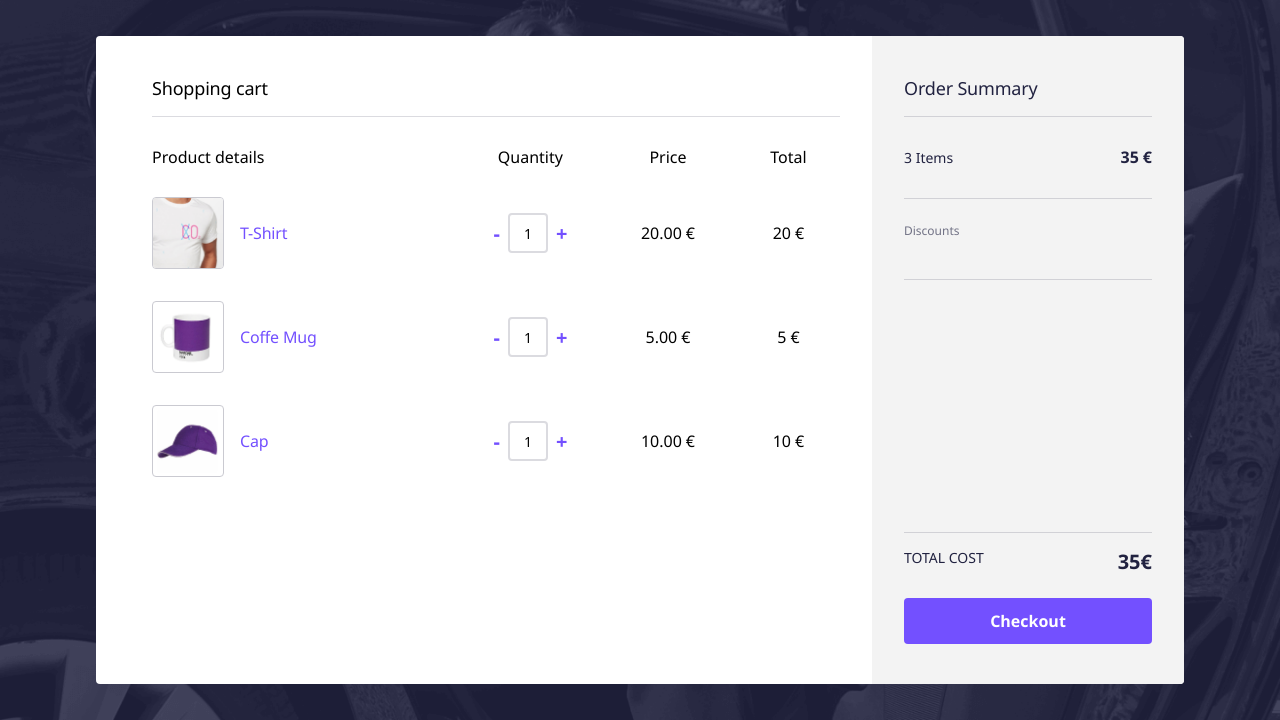
Repository: banchiec/challengecbfy
Page: /
An editor plug-in stored every save of this project. The page is shown before and after the next save, followed by the edit.
The browser window is 1280 px wide. The pictures show the whole page.
Some web fonts or font styles are not loaded; a fallback is used. The project was rebuilt for these pictures with package versions that can differ from the ones it lists, and the page was loaded fresh each time. Also part of the build but not shown: craco.config.js.

Above is the page before, as saved 2021-12-11 01:16:07.

### src/index.js
import './index.css';
import App from './App';
import Checkout from './helpers/checkout'
// here a service should be called to obtain the api data
import { products } from './data/data'

import discounts from './helpers/discounts';

const purchase = new Checkout(products, discounts)
purchase.init()
App(purchase)

### src/index.css
@tailwind base;
@tailwind components;
@tailwind utilities;

body {
  margin: 0;
  font-family: -apple-system, BlinkMacSystemFont, 'Segoe UI', 'Roboto', 'Oxygen',
    'Ubuntu', 'Cantarell', 'Fira Sans', 'Droid Sans', 'Helvetica Neue',
    sans-serif;
  -webkit-font-smoothing: antialiased;
  -moz-osx-font-smoothing: grayscale;
}

code {
  font-family: source-code-pro, Menlo, Monaco, Consolas, 'Courier New',
    monospace;
}

@font-face {
  font-family: 'Avenir';
  src:local('Avenir'), url(./assets/fonts/Avenir-Black.woff) format('woff');
}

### src/App.js
import { render } from 'react-dom';
import Main from './components/main/Main'
import './App.css';

function App(purchase) {
  render(<Main purchase={purchase} />, document.getElementById('root'))
}

export default App;

### src/helpers/checkout.js
export default class Checkout {
    constructor(price, discounts = []) {
        this.price = price.reduce((acc, good) => ({ ...acc, [good.code]: good }), {})
        this.discounts = discounts
        this.cartItems = []
    }
    init() {
        this.scan('TSHIRT')
        this.scan('MUG')
        this.scan('CAP')
    }
    scan(code, argument = 1) {
        const currentCartItem = this.cartItems.find((item) => item.code === code);
        if (currentCartItem) {
            switch (argument) {
                case 1:
                    currentCartItem.count += 1;
                    break;
                case -1:
                    currentCartItem.count -= 1;
                    if (currentCartItem.count === 0) {
                        this.cartItems = this.cartItems.filter((item) => item.code !== code);
                    }
                    break;
                default:
                    currentCartItem.count = argument;
                    break;
            }
            return this;
        }
        const currentPriceItem = this.price[code];
        // console.log(this.price)
        if (currentPriceItem) {
            switch (argument) {
                case 1:
                    this.cartItems.push({ ...currentPriceItem, count: 1 });
                    break;
                case -1:
                    break;
                default:
                    this.cartItems.push({ ...currentPriceItem, count: argument });
            }
            return this;
        }
        return new Error(`product with code ${code} has not been found`);


    }
    get actualDiscounts() {
        return this.discounts.reduce(
            (acc, discount) => {
                const res = discount.check(this.items);
                if (res) return [...acc, res];
                return acc;
            }, [],
        );
    }
    get items() {
        return this.cartItems
    }

    get totalDiscount() {
        return this.actualDiscounts.reduce((acc, { discountAmount }) => acc + discountAmount, 0);
    }
    cost(code) {
        const currentCartItem = this.cartItems.find((item) => item.code === code);
        if (currentCartItem) {
            return currentCartItem.count * currentCartItem.price;
        }
        return null;
    }

    preCalc() {
        return ({
            countItems: this.cartItems.reduce((acc, item) => acc + item.count, 0),
            summaryCost: this.cartItems.reduce((acc, item) => acc + (item.count * item.price), 0),
            actualDiscounts: this.actualDiscounts,
        });
    }

    // method total will return total cost as number
    total() {
        return this.cartItems.reduce(
            (acc, item) => acc + (item.count * item.price),
            0,
        ) - this.totalDiscount;
    }
}

### src/data/data.js
import shirt from '../assets/images/shirt.png'
import mug from '../assets/images/mug.png'
import cap from '../assets/images/cap.png'
export const products = [
    {
        id: '1',
        code: 'TSHIRT',
        name: 'T-Shirt',
        price: '20.00',
        image: shirt
    },
    {
        id: '3',
        code: 'MUG',
        name: 'Coffe Mug',
        price: '5.00',
        image: mug

    },
    {
        id: '4',
        code: 'CAP',
        name: 'Cap',
        price: '10.00',
        image: cap

    }
]

### src/helpers/discounts.js
const discounts = [
    {
        name: '2-for-1-Mug',
        check: (products) => {
            const currentProduct = products.find((product) => product.code === 'MUG')
            if (currentProduct && currentProduct.count > 1) {
                return ({
                    name: '2x1 Mug offer',
                    discountAmount: Math.trunc(currentProduct.count / 2) * currentProduct.price
                })
            }
            return null
        }
    },
    {
        name: 'bulk-discount-shirt',
        check: (products) => {
            const currentProduct = products.find((product) => product.code === 'TSHIRT')
            if (currentProduct && currentProduct.count >= 3) {
                return ({
                    name: 'x3-Shirt-offer',
                    discountAmount: (currentProduct.price / 100) * 5 * currentProduct.count
                })
            }
            return null
        }
    }
]

export default discounts

### src/components/main/Main.js
import { useState } from "react"
import OrderSummery from "../OrderSummery/OrderSummery"
import { ShoppingCart } from "../shoppingCart/ShoppingCart"

export default function Main(props) {
    const { purchase } = props
    const [items, setItems] = useState(purchase.items)

    const initStateSum = purchase.preCalc()
    const initTotalCost = purchase.total()

    const [summary, setSummary] = useState({
        ...initStateSum,
        totalCost: initTotalCost
    })

    const scan = (code) => (op) => (e) => {
        switch (op) {
            case 'dec':
                purchase.scan(code, -1);
                break;
            case 'set':
                purchase.scan(code, Number(e.target.value));
                console.log(e.target.value)
                break;
            case 'inc':
                purchase.scan(code, 1);
                break;
            default:
                // unknown operation
                break;
        }
        // set new cart items list for react
        setItems([...purchase.items]);
        const newSums = purchase.preCalc();
        const newTotalCost = purchase.total();
        setSummary({
            ...newSums,
            totalCost: newTotalCost,
        });

    }
    const cost = (code) => purchase.cost(code)

    return (
        <main className="App">
            <ShoppingCart items={items} scan={scan} cost={cost} />
            <OrderSummery summary={summary} />
        </main>
    )
}

### src/App.css
* {
  box-sizing: border-box;
  outline: none;
}

html,
body,
div,
span,
applet,
object,
iframe,
h1,
h2,
h3,
h4,
h5,
h6,
p,
blockquote,
pre,
a,
abbr,
acronym,
address,
big,
button,
cite,
code,
del,
dfn,
em,
img,
ins,
kbd,
q,
s,
samp,
small,
strike,
strong,
sub,
sup,
tt,
var,
b,
u,
i,
center,
dl,
dt,
dd,
ol,
ul,
li,
fieldset,
form,
label,
legend,
table,
caption,
tbody,
tfoot,
thead,
tr,
th,
td,
article,
aside,
canvas,
details,
embed,
figure,
figcaption,
footer,
header,
hgroup,
menu,
nav,
output,
ruby,
section,
summary,
time,
mark,
audio,
video {
  margin: 0;
  padding: 0;
  border: 0;
  vertical-align: baseline;
  font: 100%;
}

/* HTML5 display-role reset for older browsers */
article,
aside,
details,
figcaption,
figure,
footer,
header,
hgroup,
menu,
nav,
section {
  display: block;
}

body {
  -webkit-font-smoothing: antialiased;
  -moz-osx-font-smoothing: grayscale;
  line-height: 1;
}

ol,
ul {
  list-style: none;
}

blockquote,
q {
  quotes: none;
}

a {
  cursor: pointer;
}

blockquote:before,
blockquote:after,
q:before,
q:after {
  content: none;
}

table {
  border-spacing: 0;
  border-collapse: collapse;
}

a {
  text-decoration: none;
}

input:not([type="checkbox"]):not([type="radio"]),
textarea {
  appearance: none;
}

input[type="number"]::-webkit-outer-spin-button,
input[type="number"]::-webkit-inner-spin-button {
  margin: 0;
  appearance: none;
}

input[type="number"] {
  appearance: textfield;
}

input::-ms-clear {
  display: none;
}

select::-ms-expand {
  display: none;
}

textarea {
  overflow: auto;
  vertical-align: top;
}

input::placeholder {
  opacity: 1;
}

h1.main {
  padding-bottom: 16px;
  border-bottom: 1px solid rgba(33, 34, 64, 0.16);
}

.wrapper.border,
.wrapper-half.border {
  border-bottom: 1px solid rgba(33, 34, 64, 0.16);
}

h2,
.products-list li.products-list-title {
  color: #a6a7b3;
  letter-spacing: 1px;
  font-size: 10px;
  line-height: 16px;
}

h2,
.product-code {
  font-size: 12px;
  line-height: 16px;
}

.product-quantity,
.summary input,
.summary ul li,
.summary-total-cost {
  font-size: 14px;
  line-height: 17px;
}

.product h1 {
  font-size: 16px;
  line-height: 24px;
}

.products button.count,
.summary-total-price {
  font-size: 20px;
  line-height: 25px;
}

h2 {
  color: #717285;
  letter-spacing: 0;
  font-weight: 300;
}

h2 + * {
  margin-top: 16px;
}

body {
  margin: 0;
  padding: 0;
  height: 100vh;
  background-image: url("./assets/images/background.png");
  background-color: #212240;
  background-position: top left;
  background-size: cover;
  font-family: Avenir, "Avenir Next", "Segoe UI", sans-serif;
  font-weight: regular;
}

.App {
  position: fixed;
  top: 50%;
  left: 50%;
  display: flex;
  overflow-x: hidden;
  overflow-y: auto;
  max-width: 1088px;
  max-height: 648px;
  width: calc(100% - 64px);
  height: calc(100% - 64px);
  border-radius: 4px;
  background-color: #ffffff;
  transform: translate(-50%, -50%);
}

h1 {
  position: relative;
  letter-spacing: -0.18px;
  font-size: 18px;
  line-height: 24px;
}

.wrapper {
  padding: 32px 0;
}

.wrapper-half {
  padding: 24px 0;
}

.tableHead {
  padding: 32px 0;
}

.row {
  position: relative;
  display: flex;
  flex-flow: row nowrap;
  justify-content: space-between;
}

.row + .row {
  margin-top: 32px;
}

[class*="col-"] {
  display: flex;
  align-items: center;
}

[class*="col-"]:nth-child(n + 2) {
  justify-content: center;
}

.col-product {
  width: 45%;
}

.col-quantity {
  width: 20%;
}

.col-price {
  width: 20%;
}

.col-total {
  width: 15%;
}

input {
  width: 100%;
  height: 48px;
  border-radius: 4px;
}

.currency {
  margin-left: 4px;
}

.products {
  padding: 40px 32px 40px 56px;
}

.products button.count {
  padding: 0 8px;
  height: 40px;
  border: none;
  background: transparent;
  color: #7350ff;
  font-weight: bold;
  cursor: pointer;
}

.products {
  flex: 1;
}

.products-list {
  position: relative;
  width: 100%;
}

.product-image {
  display: flex;
  align-items: center;
  flex-flow: row nowrap;
}

.product-image img {
  margin-right: 16px;
  width: 72px;
  height: 72px;
  border: 1px solid #cacad1;
  border-radius: 4px;
}

.product-code {
  border-radius: 4px;
  color: #a6a7b3;
  letter-spacing: 0.13px;
  font-weight: 400;
}

.product-quantity {
  width: 40px;
  height: 40px;
  border: 2px solid #dbdbe0;
  border-radius: 4px;
  text-align: center;
}

.product-price {
  color: #000000;
  font-size: 16px;
}

.product .clear {
  border: none;
  background: transparent;
}

.product .clear span {
  position: relative;
  display: block;
  width: 16px;
  height: 16px;
}

.product .clear span:before,
.product .clear span:after {
  content: "";
  position: absolute;
  top: 8px;
  left: 2px;
  display: block;
  width: 12px;
  height: 2px;
  border-radius: 8px;
  background-color: #a6a7b3;
  transform: rotate(-45deg);
  transform-origin: center center;
}

.product .clear span:before {
  transform: rotate(45deg);
}

.product h1 {
  color: #7350ff;
}

.summary {
  display: flex;
  flex-flow: column wrap;
  padding: 40px 32px;
  width: 312px;
  background-color: #f3f3f3;
  color: #212240;
}

.summary > * {
  width: 100%;
}

.summary-items-price {
  font-size: 16px;
  font-weight: bold;
}

.summary input {
  margin: 8px auto;
  color: #a6a7b3;
  text-indent: 16px;
  text-transform: uppercase;
}

.summary input::placeholder {
  color: #a6a7b3;
  text-transform: lowercase;
}

.summary ul li {
  display: flex;
  justify-content: space-between;
}

.summary ul li > *:nth-child(2) {
  font-weight: bold;
}

.summary ul li + li {
  margin-top: 20px;
}

.summary-total {
  align-self: flex-end;
  margin-top: auto;
  padding-top: 16px;
  padding-bottom: 0;
  border-top: 1px solid rgba(33, 34, 64, 0.16);
  color: #212240;
}

.summary-total-cost {
  flex-basis: 100%;
  text-transform: uppercase;
}

.summary-total-price {
  font-weight: bold;
}

.summary button[type="submit"] {
  margin-top: 24px;
  padding-top: 16px;
  padding-bottom: 16px;
  width: 100%;
  border-radius: 4px;
  background: #7350ff;
  color: #ffffff;
  font-size: 16px;
  font-weight: bold;
  line-height: 14px;
  cursor: pointer;
}

/* MODAL */
.modal {
  position: absolute ;
  width: 1088px;
  height: 400px;
  max-height: 100px;
  object-fit: cover;
  /* left: 176px; */
  /* top: 126px; */
  border: 1px solid green;
}
.content {
  position: absolute;
  width: 248px;
  height: 358px;
  left: 984px;
  top: 270px;
}
.background {
  position: absolute;
  width: 1440px;
  height: 904px;
  left: 0px;
  top: -2px;
}

### src/components/OrderSummery/OrderSummery.js
import React from 'react';
import { uniqueId } from 'lodash';

function OrderSummery(props) {
    const {
        summary: {
            countItems, summaryCost, actualDiscounts, totalCost,
        },
    } = props;
    return (
        <aside className="summary">
            <h1 className="main">Order Summary</h1>
            <ul className="summary-items wrapper border">
                <li>
                    <span className="summary-items-number">
                        {countItems || 0}
                        {' '}
                        Items
                    </span>
                    <span className="summary-items-price">
                        {summaryCost || 0}
                        <span className="currency">
                            €
                        </span>
                    </span>
                </li>
            </ul>
            <div className="summary-discounts wrapper-half border">
                <h2>Discounts</h2>
                {actualDiscounts && (
                    <ul>
                        {actualDiscounts.map((disc) => (
                            <li key={uniqueId()}>
                                <span>{disc.name}</span>
                                <span>
                                    -
                                    {disc.discountAmount}
                                    {' '}
                                    €
                                </span>
                            </li>
                        ))}
                    </ul>
                )}
            </div>
            <div className="summary-total wrapper">
                <ul>
                    <li>
                        <span className="summary-total-cost">
                            Total cost
                        </span>
                        <span className="summary-total-price">
                            {totalCost || 0}
                            €
                        </span>
                    </li>
                </ul>
                <button type="submit">Checkout</button>
            </div>
        </aside>
    );
}

export default OrderSummery;

### src/components/shoppingCart/ShoppingCart.js
import { uniqueId } from 'lodash'
import { CartString } from '../CartString/CartString'

export const ShoppingCart = (props) => {
    // console.log(props)
    const { items, scan, cost } = props


    const setDetails = (e) => {
        console.log(e)

    }

    return (
        <>
            {/* <div className="modal">
                <div className="content"></div>
            </div> */}
            <section className="products">
                <h1 className="main">Shopping cart</h1>
                <ul className="product-list tableHead">
                    <li className="products-list-title row">
                        <div className="col-product">Product details</div>
                        <div className="col-quantity">Quantity</div>
                        <div className="col-price">Price</div>
                        <div className="col-total">Total</div>
                    </li>
                </ul>
                <ul className="products-list">
                    {items.map((item) => (
                        <CartString
                            content={item}
                            scan={scan(item.code)}
                            cost={cost(item.code)}
                            key={uniqueId()}
                            onClick={setDetails}
                        />
                    ))}
                </ul>
            </section>
        </>
    )
}

### src/components/CartString/CartString.js
import { useState } from 'react'
// import DetailsModal from "../DetailsModal/DetailsModal"

export const CartString = (props) => {
    const [show, setShow] = useState(false)
    const {
        content: {
            productCode,
            name,
            count,
            image,
            price
        },
        scan,
        cost,
    } = props

    const setDetails = (e) => {
        console.log(productCode)
        console.log(name)
        console.log(count)
        console.log(image)
    }

    return (
        <>
            {/* <div className="modal">
                <div className="content"></div>
            </div> */}
            <li className="product row" onClick={setDetails}>
                <div className="col-product">
                    <figure className="product-image">
                        <img src={image} alt={image} />
                        <div className="product-description">
                            <h1 className="product-description-details">{name}</h1>
                            <p className="product-code">{productCode}</p>
                        </div>
                    </figure>
                </div>
                <div className="col-quantity">
                    <button type="button" className="count" onClick={scan('dec')}>
                        -
                    </button>
                    <input type="text" className="product-quantity" value={count} onChange={scan('set')} />
                    <button type="button" className="count" onClick={scan('inc')}>
                        +
                    </button>
                </div>
                <div className="col-price">
                    <span className="product-price">
                        {price}
                    </span>
                    <span className="product-currency currency">€</span>
                </div>
                <div className="col-total">
                    <span className="product-price">{cost}</span>
                    <span className="product-currency currency">€</span>
                </div>
            </li>
        </>
    )
}

Loaded but not shown: public/index.html (common file); tailwind.config.js (common file)

After the next save:
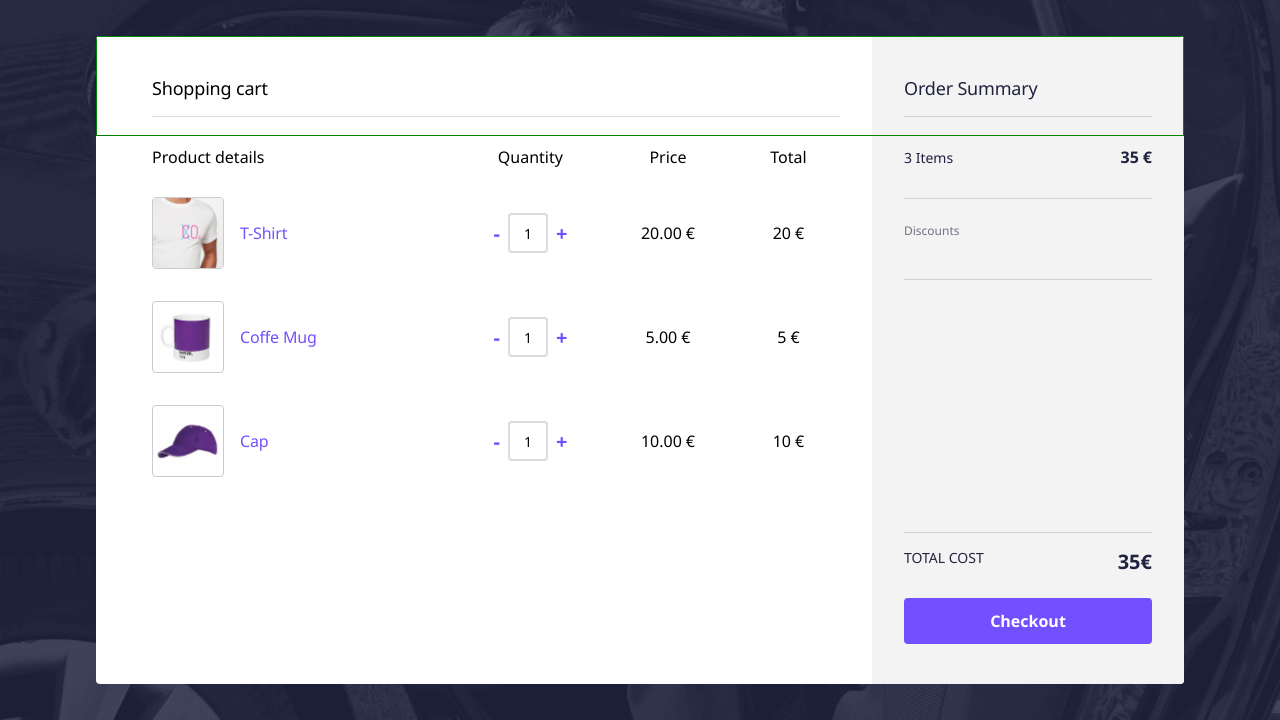
Saved 10 s later.
--- a/src/components/shoppingCart/ShoppingCart.js
+++ b/src/components/shoppingCart/ShoppingCart.js
@@ -13,9 +13,9 @@
 
     return (
         <>
-            {/* <div className="modal">
+            <div className="modal">
                 <div className="content"></div>
-            </div> */}
+            </div>
             <section className="products">
                 <h1 className="main">Shopping cart</h1>
                 <ul className="product-list tableHead">
